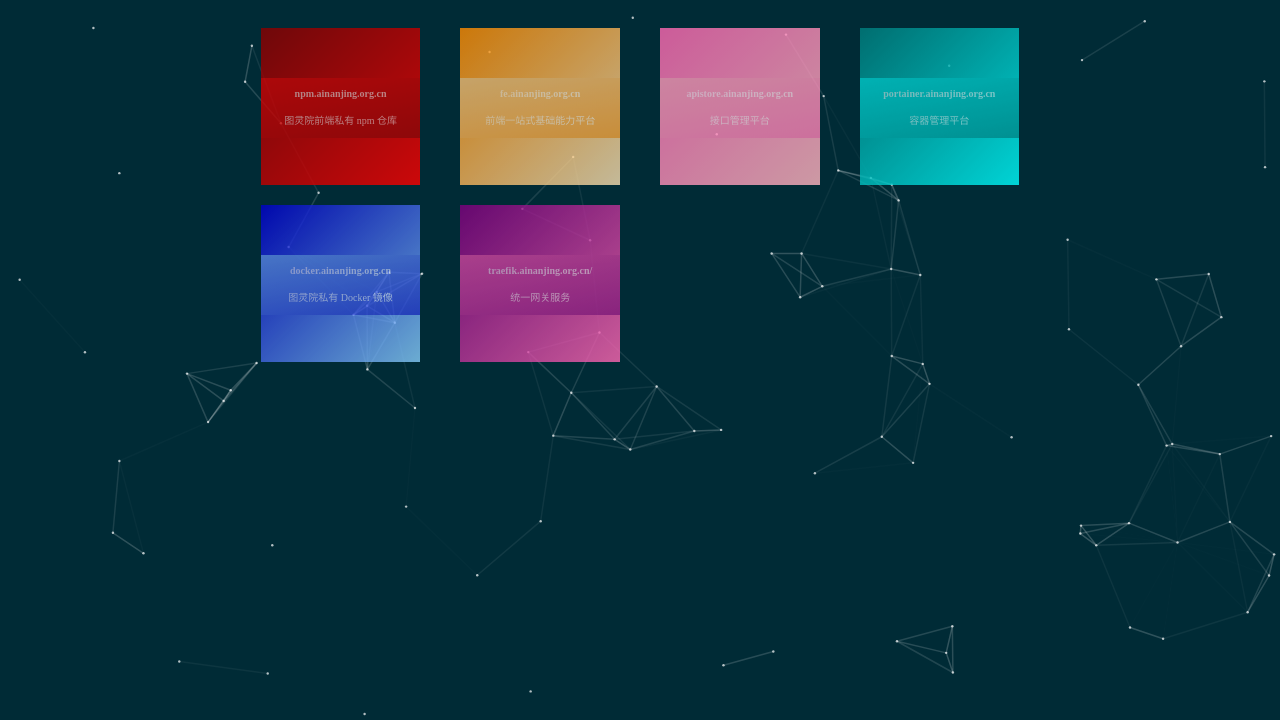
Repository: heweiwei1/portainer
Page: index.html
The author's editor kept a copy of each file at every save. The page is drawn from the files as they stood at one save, then again after the next save.
The browser window is 1280 px wide. The pictures show the whole page.

Above is the page before, as saved 2021-04-14 13:36:22.

After the next save:
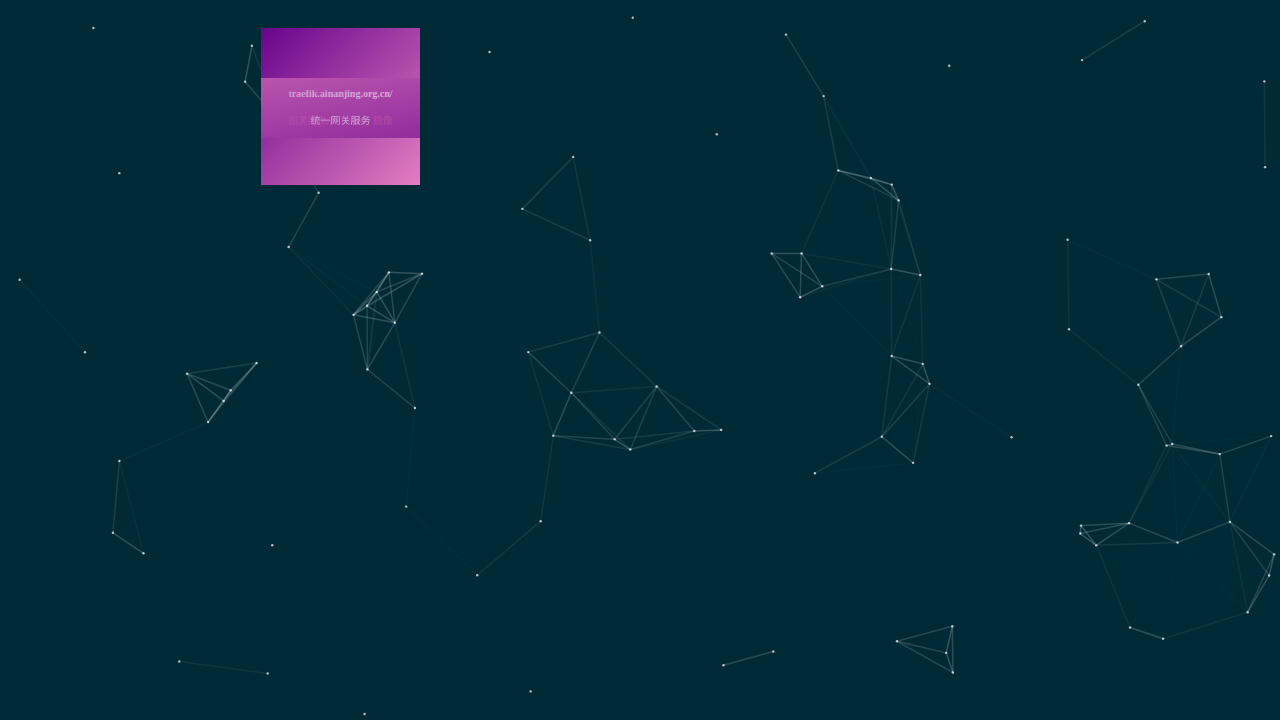
Saved 82 s later.
--- a/index.css
+++ b/index.css
@@ -11,7 +11,8 @@ a {
 }
 
 .demo a {
-  position: relative;
+  /* position: relative; */
+  position: absolute;
   display: flex;
   flex-direction: column;
   align-items: center;
